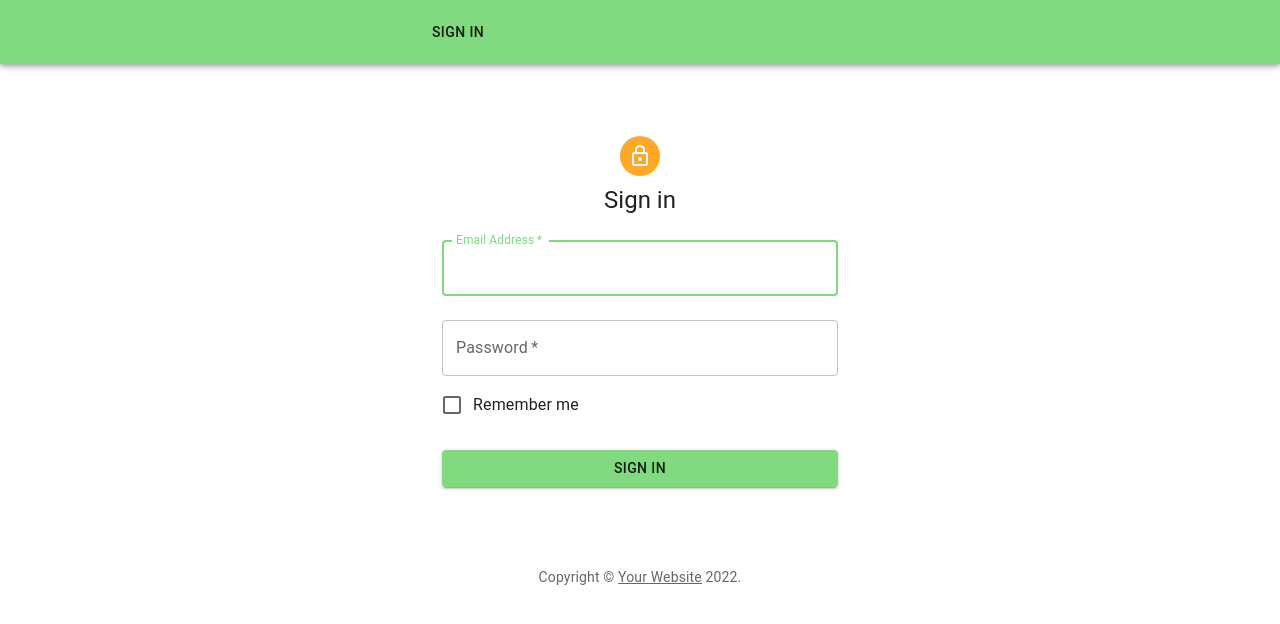
Repository: motohiro0410/motsufood
Page: /signin (app in frontend/)
These files come from the project's save history. The page is drawn as it stood at one moment and after the next save; the edit follows.
The browser window is 1280 px wide. The pictures show the whole page.
The project was rebuilt for these pictures with package versions that can differ from the ones it lists, and the page was loaded fresh each time. Also part of the build but not shown: frontend/src/App.css, frontend/src/components/pages/Login.tsx, frontend/src/components/organisms/Footer.tsx, frontend/src/components/organisms/MainHeader.tsx, frontend/src/components/organisms/UserDetailModal.tsx, frontend/src/components/pages/Home.tsx, frontend/src/components/pages/Money.tsx, frontend/src/components/organisms/GroupHeader.tsx and 3 more.

Above is the page before, as saved 2022-08-10 23:00:07.

### frontend/src/App.tsx
import './App.css';
import { BrowserRouter } from "react-router-dom";

import { Router } from "./router/Router";
import { ThemeProvider } from '@mui/system';
import { theme } from './theme/theme';

import { AdapterDateFns } from '@mui/x-date-pickers/AdapterDateFns';
import { LocalizationProvider } from '@mui/x-date-pickers/LocalizationProvider';
import { HeaderProvider } from "./providers/HeaderProvider"

function App() {
  return (
    <LocalizationProvider dateAdapter={AdapterDateFns}>
      <ThemeProvider theme={theme}>
        <HeaderProvider>
         <BrowserRouter>
            <Router />
          </BrowserRouter>
        </HeaderProvider>
      </ThemeProvider>
    </LocalizationProvider>


  );
}

export default App;

### frontend/src/router/Router.tsx
import { FC, memo } from "react";
import { Switch, Route } from "react-router-dom";

import { Login } from "../components/pages/Login";
import { Home } from "../components/pages/Home";
import { Money } from "../components/pages/Money";
import { Group } from "../components/pages/Group";
import { SignIn } from "../components/pages/SignIn";
import { Page404 } from "../components/pages/Page404";

import { InputFoodExpence } from "../components/pages/InputFoodExpence";

export const Router: FC = memo(() => {
  return (
    <Switch>
      <Route exact path="/">
        <Login />
      </Route>
      <Route path="/home">
        <Home />
      </Route>
      <Route path="/money">
        <Money />
      </Route>
      <Route path="/group">
        <Group />
      </Route>
      <Route path="/input">
        <InputFoodExpence />
      </Route>
      <Route path="/signIn">
        <SignIn />
      </Route>
      <Route path="*">
        <Page404 />
      </Route>
    </Switch>
  )
})

### frontend/src/theme/theme.ts
import { createTheme } from "@mui/material"

export const theme = createTheme({
  palette: {
    primary: {
      main: "#81da7f"
    }
  }
});

### frontend/src/providers/HeaderProvider.tsx
import { createContext } from "react";

export const HeaderContext = createContext<Context[]>({} as Context[]);

export type Context = {
  title: string;
}

export const HeaderProvider = (props: any) => {
  const { children } = props;
  const contextName: Context[] = [
    {title: "ホーム"},
    {title: "食費入力"},
    {title: "支払い"},
    {title: "ユーザー編集"},
  ]



  return (
    <HeaderContext.Provider value={contextName}>
      {children}
    </HeaderContext.Provider>
  )
}

### frontend/src/components/pages/SignIn.tsx
import * as React from 'react';
import Avatar from '@mui/material/Avatar';
import Button from '@mui/material/Button';
import CssBaseline from '@mui/material/CssBaseline';
import TextField from '@mui/material/TextField';
import FormControlLabel from '@mui/material/FormControlLabel';
import Checkbox from '@mui/material/Checkbox';
import Link from '@mui/material/Link';
import Grid from '@mui/material/Grid';
import Box from '@mui/material/Box';
import LockOutlinedIcon from '@mui/icons-material/LockOutlined';
import Typography from '@mui/material/Typography';
import Container from '@mui/material/Container';
// import { createTheme, ThemeProvider } from '@mui/material/styles';

import { SignInHeader } from '../organisms/SignInHeader';

function Copyright(props: any) {
  return (
    <Typography variant="body2" color="text.secondary" align="center" {...props}>
      {'Copyright © '}
      <Link color="inherit" href="https://mui.com/">
        Your Website
      </Link>{' '}
      {new Date().getFullYear()}
      {'.'}
    </Typography>
  );
}



export const SignIn = () => {
  const handleSubmit = (event: React.FormEvent<HTMLFormElement>) => {
    event.preventDefault();
    const data = new FormData(event.currentTarget);
    console.log({
      email: data.get('email'),
      password: data.get('password'),
    });
  };

  return (
    <>
    <SignInHeader />
        <Container component="main" maxWidth="xs">
          <CssBaseline />
          <Box
            sx={{
              marginTop: 8,
              display: 'flex',
              flexDirection: 'column',
              alignItems: 'center',
            }}
          >
            <Avatar sx={{ m: 1, bgcolor: '#ffa726' }}>
              <LockOutlinedIcon />
            </Avatar>
            <Typography component="h1" variant="h5">
              Sign in
            </Typography>
            <Box component="form" onSubmit={handleSubmit} noValidate sx={{ mt: 1 }}>
              <TextField
                margin="normal"
                required
                fullWidth
                id="email"
                label="Email Address"
                name="email"
                autoComplete="email"
                autoFocus
              />
              <TextField
                margin="normal"
                required
                fullWidth
                name="password"
                label="Password"
                type="password"
                id="password"
                autoComplete="current-password"
              />
              <FormControlLabel
                control={<Checkbox value="remember" color="primary" />}
                label="Remember me"
              />
              <Button
                type="submit"
                fullWidth
                variant="contained"
                sx={{ mt: 3, mb: 2 }}
              >
                sign In
              </Button>
            </Box>
          </Box>
          <Copyright sx={{ mt: 8, mb: 4 }} />
        </Container>
    </>
  );
}

### frontend/src/components/organisms/SignInHeader.tsx
import { FC } from "react";
import { useHistory } from 'react-router-dom';

import AppBar from '@mui/material/AppBar';
import Box from '@mui/material/Box';
import Toolbar from '@mui/material/Toolbar';
import Button from '@mui/material/Button';

export const SignInHeader: FC = () => {
  const history = useHistory();
  const onClickSignIn = () => history.push("/signIn")

  return (
    <Box>
      <AppBar position="static" >
        <Toolbar sx={{ ml: 50 }}>
          <Button variant="text" color="inherit" onClick={onClickSignIn}>Sign in</Button>
        </Toolbar>
      </AppBar>
    </Box>
  )
}

Loaded but not shown: frontend/public/index.html (common file); frontend/src/index.tsx (common file); frontend/src/index.css (common file); frontend/src/reportWebVitals.ts (common file)

After the next save:
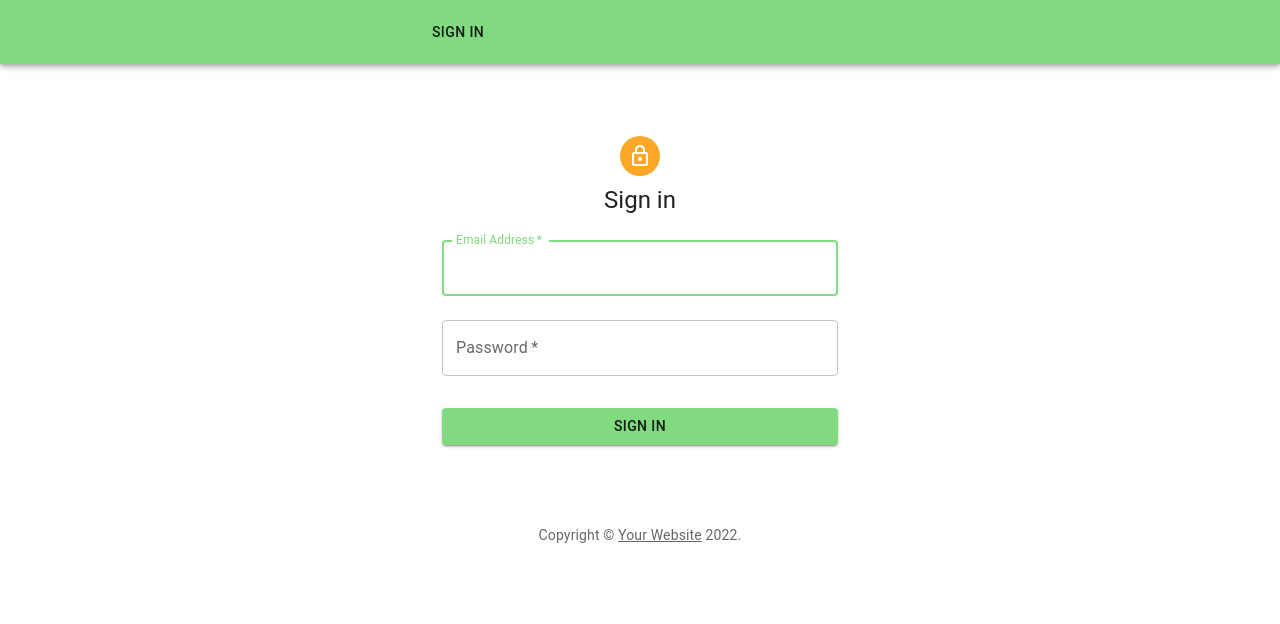
Saved 19 s later.
--- a/frontend/src/components/pages/SignIn.tsx
+++ b/frontend/src/components/pages/SignIn.tsx
@@ -80,10 +80,6 @@ export const SignIn = () => {
                 id="password"
                 autoComplete="current-password"
               />
-              <FormControlLabel
-                control={<Checkbox value="remember" color="primary" />}
-                label="Remember me"
-              />
               <Button
                 type="submit"
                 fullWidth
